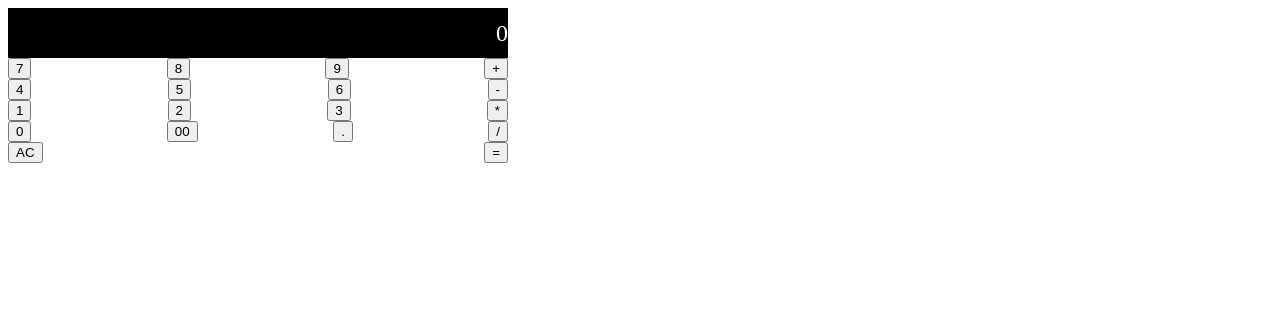
Repository: masa-rock/kadai_jquery_2
Page: index.html
The author's editor kept a record of every edit. The page is drawn from the files as they stood at one moment, then again after the next edit.
The browser window is 1280 px wide. The pictures show the whole page.
Some web libraries are served in a nearby version.

Above is the page before.

### index.html
<!DOCTYPE html>
<html lang="en">
  <head>
    <meta charset="utf-8">
    <script src="https://code.jquery.com/jquery-3.2.1.js" integrity="sha256-DZAnKJ/6XZ9si04Hgrsxu/8s717jcIzLy3oi35EouyE=" crossorigin="anonymous"></script>
    <link rel="stylesheet" href="style.css">
    <title>電卓</title>
  </head>

  <body>
    <div class="calculator">
      <div class="calculator_display">0</div>
      <div class="calculator_commands">
        <div class="calculator_command">
          <button class="com com_7">7</button>
          <button class="com com_8">8</button>
          <button class="com com_9">9</button>
          <button class="com_cal">+</div>
        </div>
        <div class="calculator_command">
          <button class="com com_4">4</button>
          <button class="com com_5">5</button>
          <button class="com com_6">6</button>
          <button class="com_cal">-</button>
        </div>
        <div class="calculator_command">
          <button class="com com_1">1</button>
          <button class="com com_2">2</button>
          <button class="com com_3">3</button>
          <button class="com_cal">*</button>
        </div>
        <div class="calculator_command">
          <button class="com com_0">0</button>
          <button class="com com_00">00</button>
          <button class="com_decimal_point">.</button>
          <button class="com_cal">/</button>
        </div>
        <div class="calculator_command">
          <button class="com_ac">AC</button>
          <button class="com_equal">=</button>
        </div>
      </div>
    </div>

    <script src="main.js"></script>
  </body>
</html>

### style.css
.calculator{
  width:500px;
}

.calculator_display{
  width:100%;
  height: 50px;
  line-height: 50px;
  font-size:24px;
  background-color: #000;
  text-align: right;
  color:#fff;
}

.calculator_command{
  display: flex;
  justify-content:space-between;
}

.calculator_command div{
  width: 100%;
  height:40px;
  line-height: 40px;
  margin:2px;
  font-weight: bold;
  background-color:#ddd;
  border:solid 1px #000;
  border-radius: 3px;
  text-align: center;

}

### main.js
$(document).ready(function(){

  let push_num = [];
  let result ="";
  let num_1 = "";
  var receive_num="";
  var len_array ="";


  // 数字ボタン操作
  $('.com').on('click',function(){
    receive_num = $(this).text();
    len_array = push_num.length;
    $(".com_cal").prop("disabled",false);
    $(".com_decimal_point").prop("disabled",false);
    // 0,00の初回入力防止
    if (len_array == 0 && (receive_num == 0 || receive_num == 00)){
      $(".calculator_display").text(0);
    }else{
      push_num.push(receive_num);
      num_1 = push_num.join('');
      $(".calculator_display").text(num_1);
    }
  });

  // 四則演算ボタン操作
  $('.com_cal').on('click',function(){
    len_array = push_num.length;
    if (len_array == 0){
      $(".calculator_display").text(0);
    }else{
      push_num.push($(this).text());
      num_1 = push_num.join('');
      $(".calculator_display").text(num_1);
      $('.com_cal').prop("disabled",true);
      $(".com_decimal_point").prop("disabled",false);
    }
  });

  // ACボタン操作
  $('.com_ac').on('click',function(){
    push_num = [];
    num_1 = "";
    $(".calculator_display").text(0);
    $(".com_cal").prop("disabled",false);
    $(".com_decimal_point").prop("disabled",false);
  });

  // equalボタン操作
  $('.com_equal').on('click',function() {
      result = eval(num_1);
      $(".calculator_display").text(result);
      push_num = [result];
      $(".com_cal").prop("disabled",false);
      $(".com_decimal_point").prop("disabled",false);
  });

  // .ボタン操作
  $('.com_decimal_point').on('click',function() {
      len_array = push_num.length;
      $(".com_decimal_point").prop("disabled",true);
      if(len_array == 0){
        push_num.push("0.");
        $(".calculator_display").text("0.");
      }else{
        push_num.push($(this).text());
        num_1 = push_num.join('');
        $(".calculator_display").text(num_1);
      }
  });
});



// ○+△-□ができるようにする
// ++,*-など連続がないようにする。

After the next edit:
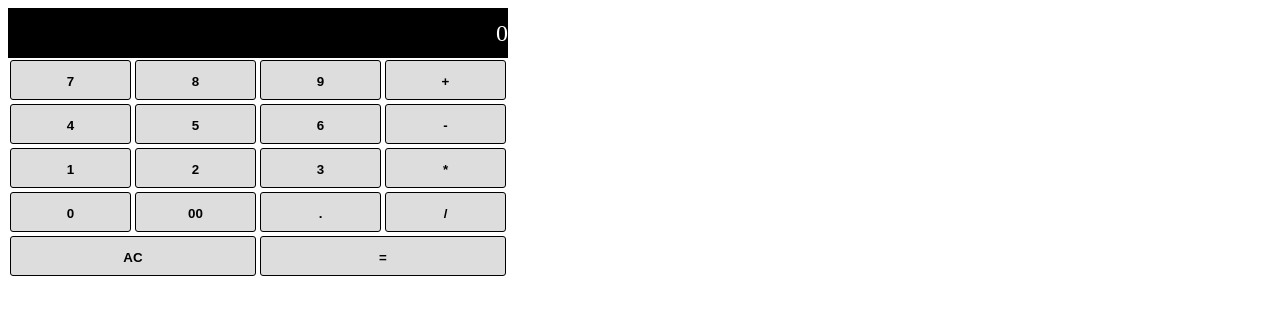
The edit:
--- a/style.css
+++ b/style.css
@@ -17,7 +17,7 @@
   justify-content:space-between;
 }
 
-.calculator_command div{
+.calculator_command button{
   width: 100%;
   height:40px;
   line-height: 40px;
